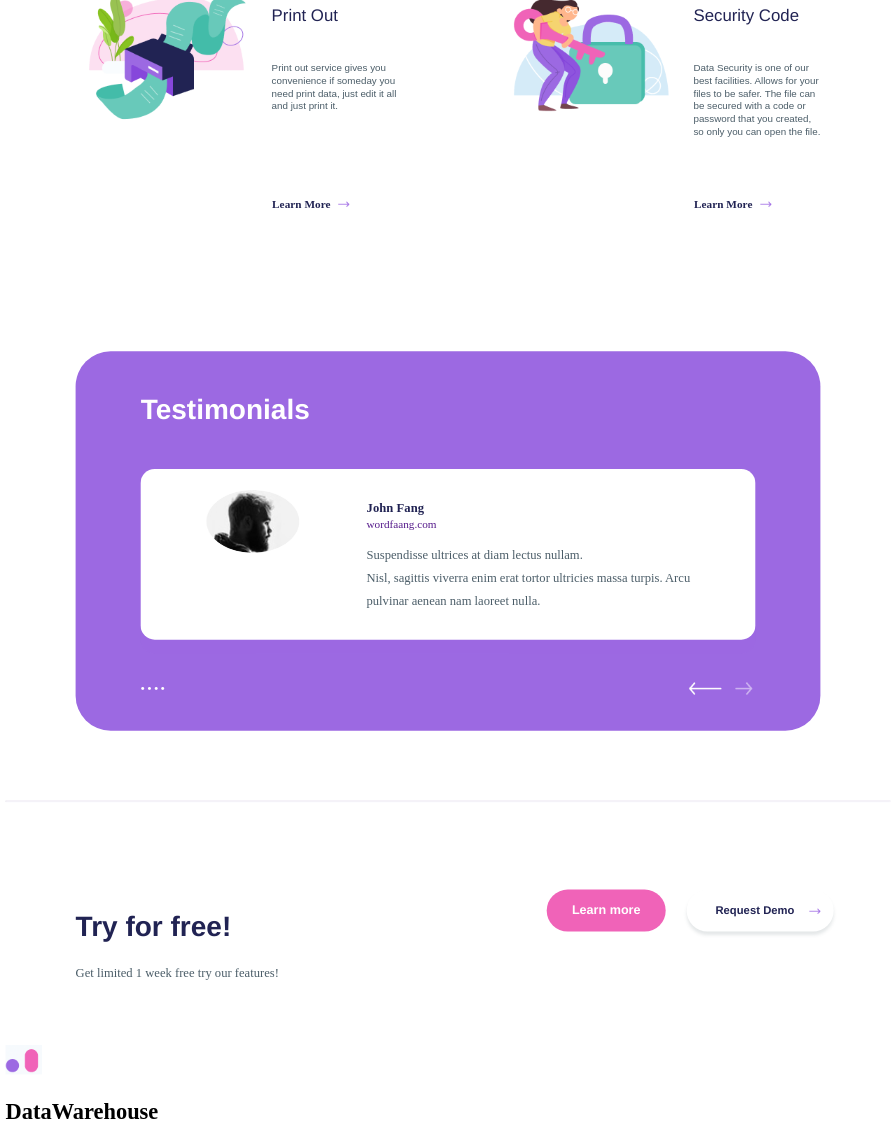
Repository: batonAnton/HW6_flexbox
Page: index.html
An editor plug-in stored every save of this project. The page is shown before and after the next save, followed by the edit.
The browser window is 1280 px wide. The pictures show the part of the page from y = 1997 to 3917 px (the page is 3625 px tall before and 3917 px after), at 70% of full size.
Some web fonts or font styles are not loaded; a fallback is used.

Above is the page before, as saved 2022-06-19 15:54:32.

### index.html
<!DOCTYPE html>
<html lang="en">
<head>
    <meta charset="UTF-8">
    <meta http-equiv="X-UA-Compatible" content="IE=edge">
    <meta name="viewport" content="width=device-width, initial-scale=1.0">
    <link href="http://fonts.cdnfonts.com/css/helvetica-neue-9" rel="stylesheet">
    <link rel="stylesheet" href="./fonts/Helvetica-Bold.ttf">
    <link rel="stylesheet" href="./fonts/AvenirLTStd-Black.otf">
    <link rel="stylesheet" href="./css/style.css">
    <title>FlexBox</title>
</head>
<body>
    <header>
        <div class="logo">
            <img src="./images/logo.png" alt="logo">
        </div>

        <nav>
            <ul>
                <li>
                    <a href="#">about</a>
                </li>
                <li>
                    <a href="#">help</a>
                </li>
                <li>
                    <a href="#">features</a>
                </li>
                <li>
                    <a href="#">signup</a>
                </li>
            </ul>
        </nav>

        <div class="header-btn">
            <div>
                <button>request demo</button>
            </div>
            <div class="btn-img">
                <img src="./images/right-arrow.png" alt="arrow-right" >
            </div>
        </div>
    </header>

    <div class="section allstyles">
        <div class="info">
            <h1>Save your data <br> storage here.</h1>
            <p>Data Warehouse is a data storage area that <br>has been
                tested for security, so you can store <br> your data here
                safely but not be afraid of <br> being stolen by others.</p>
            <button>Learn more</button>
        </div>

        <div class="section-img">
            <img src="./images/headerImg.png" alt="">
        </div>
    </div>

    <div class="section2 allstyles">
        <div class="sectin2-img">
            <img src="./images/assideimg.png" alt="assideimg">
        </div>

        <div class="section2-info">
            <h1>We are a high-level data <br> storage bank</h1>
            <p>
                The place to store various data that you can access at any <br> time through the internet  and where you can carry it. <br>
                This very flexible storage area has a high level of security. <br> To enter into your own data you must enter the password <br> that you created when you registered in this Data <br> Warehouse.
            </p>
        </div>
    </div>

    <div class="section3 allstyles">
        <h1 class="section3-header"> Features</h1>
        <p class="section3-header">Some of the features and advantages that we provide for those of you <br> who store data in this Data Warehouse.</p>

        <div class="row1">
            <div class="block">
                <img src="./images/section3/image1 1.png" alt="img">
                <div class="info">
                    <h1>Search Data</h1>
                <p>
                    Don’t worry if your data is very <br> large, the Data Warehoue <br> provides a search engine, <br> which is useful for making it <br> easier to find data effectively <br> saving time.
                </p>

                <div class="header-btn section3-btn">
                    <div>
                        <button>Learn more</button>
                    </div>
                    <div class="btn-img">
                        <img src="./images/right-arrow.png" alt="arrow-right" >
                    </div>
                </div>
                </div>

            </div>


            <div class="block">
                <img src="./images/section3/image2.png" alt="img">
                <div class="info">
                    <h1>24 Hours Access</h1>
                <p>
                    Access is given 24 hours a full <br> morning to night and
                    meet <br> again in the morning, giving <br> you comfort when
                    you need <br> data when urgent.
                </p>

                <div class="header-btn section3-btn">
                    <div>
                        <button>Learn more</button>
                    </div>
                    <div class="btn-img">
                        <img src="./images/right-arrow.png" alt="arrow-right" >
                    </div>
                </div>
                </div>

            </div>
        </div>

        <!-- row2 start -->

        <div class="row1 row2">
            <div class="block">
                <img src="./images/section3/image3 1.png" alt="img">
                <div class="info">
                    <h1>Print Out</h1>
                <p>
                    Print out service gives you <br> convenience if someday
                    you <br> need print data, just edit it all <br> and just print it.
                </p>

                <div class="header-btn section3-btn">
                    <div>
                        <button>Learn more</button>
                    </div>
                    <div class="btn-img">
                        <img src="./images/right-arrow.png" alt="arrow-right" >
                    </div>
                </div>
                </div>

            </div>


            <div class="block">
                <img src="./images/section3/image4 1.png" alt="img">
                <div class="info">
                    <h1>Security Code</h1>
                <p>
                    Data Security is one of our <br> best facilities. Allows for your <br> files
                    to be safer. The file can <br> be secured with a code or <br>
                    password that
                    you created, <br> so only you can open the file.
                </p>

                <div class="header-btn section3-btn">
                    <div>
                        <button>Learn more</button>
                    </div>
                    <div class="btn-img">
                        <img src="./images/right-arrow.png" alt="arrow-right" >
                    </div>
                </div>
                </div>

            </div>
        </div>
    </div>

    <div class="section4 allstyles">
        <h1>Testimonials</h1>

        <div class="block">
            <img class="rounded" src="./images/section3/Ellipse 76.jpg" alt="img">
            <div class="info">
                <h1>John Fang </h1>
                <a href="">wordfaang.com</a>
                <p>
                    Suspendisse ultrices at diam lectus nullam. <br>
                    Nisl, sagittis viverra enim erat tortor ultricies massa turpis. Arcu <br> pulvinar aenean nam laoreet nulla.
                </p>
            </div>
        </div>
        <h4>&#x2022 &#x2022 &#x2022 &#x2022</h4>
        <p class="right"> <img src="./images/section3/arrows.png" alt="arrows"> </p>
    </div>
    <hr>


    <div class="forfree allstyles">
        <div class="free-info">
            <h1>Try for free!</h1>
            <p>Get limited 1 week free try our features!</p>
        </div>

        <div class="btn-block">
            <button>Learn more</button>
            <div class="header-btn">
                <div>
                    <button>request demo</button>
                </div>
                <div class="btn-img">
                    <img src="./images/right-arrow.png" alt="arrow-right" >
                </div>
            </div>
        </div>
    </div>

    <footer>
        <div class="allblock">
            <div class="adress">
                <img src="./images/logo.png" alt="logo">
                <h1>DataWarehouse</h1>
            </div>
        </div>
    </footer>
</body>
</html>

### css/style.css
body {
  box-sizing: border-box;
  font-family: "Avenir";
}

.allstyles{
    margin: 70px 100px;
}

header {
  display: flex;
  margin: 30px 100px;
  justify-content: space-between;
  /* border: 1px solid gray; */
 font-family: Arial, Helvetica, sans-serif;
  font-size: 16px;
}


nav {
  margin-right: 40%;
}

nav ul {
  display: flex;
  list-style: none;
  color: #4b5d68;
}

nav ul li a {
  text-decoration: none;
  padding-left: 20px;
  text-transform: capitalize;
}

.header-btn {
  display: flex;
  justify-content: center;
}


.header-btn button {
  padding: 15px 30px 15px 15px;
  text-transform: capitalize;
  border: none;
  border-radius: 50px;
  background: #ffffff;
  box-shadow: 0px 5px 5px rgb(75 93 104 / 15%);
  width: 210px;
  color: #212353;
  font-size: 16px;
  font-weight: 800;
  line-height: 100%;
  letter-spacing: 0.005em;
}

.btn-img {
  margin-left: -35px;
  padding-left: -15px;
  align-self: center;
}

button img {
  padding-top: 5px;
  margin-left: 5px;
}

button:hover {
  border: 1px solid rgba(156, 105, 226, 1);
  text-decoration: underline;
}

.section {
  display: flex;
  position: relative;
  height: 600px;
  overflow: hidden;
}


.info {
  width: 50%;
}

.section h1 {
  font-style: normal;
  font-weight: 700;
  font-size: 4rem;
  line-height: 110%;
  font-family: "Helvetica Neue", sans-serif;
  color:#212353;
  font-weight: 700;
}



.section p {
  font-family: 'Avenir', Helvetica, sans-serif;
  font-style: normal;
  font-weight: 500;
  font-size: 16px;
  line-height: 28px;
  margin-top: 50px;
  margin-bottom: 50px;
}

.section-img {
  position: absolute;
  bottom: 1%;
  right: -13%;
}
.section-img img {
  width: 84%;
}

.info button{
    font-family: 'Avenir', Helvetica, sans-serif;
    font-style: normal;
    font-weight: 700;
    font-size: 18px;
    line-height: 160%;
    background-color: #9C69E2;
    border-radius: 50px;
    color: #ffffff;
    width: 170px;
    height: 60px;
    border: none;
    cursor: pointer;
}


.section2{
    display: flex;
    justify-content: space-between;
    background: rgba(240, 99, 184, 0.15);
    border-radius: 50px;
    font-family: 'Avenir', Helvetica, sans-serif;
}

.section2 h1{
    font-style: normal;
    font-weight: 700;
    font-size: 40px;
    line-height: 130%;
    color: #212353;
}

.section2 p{
    font-family: 'Avenir', Helvetica, sans-serif;
font-style: normal;
font-weight: 400;
font-size: 16px;
line-height: 160%;
}

.section2-info{
    padding:55px;
}


.section3-header{
    text-align: center;
    margin: -30px 0 75px 0;
}

.row1{
    display: flex;
    justify-content: space-between;
}

.row1 .block img{
    float: left;
}

.section3 .info{
  float: right;
  width: auto;
  margin-left: 35px;
}

.section3 .info h1{
  font-family: 'Helvetica';
font-style: normal;
font-weight: 400;
font-size: 24px;
line-height: 130%;
color: #212353;
}

.section3 .info p{
  font-family: 'Avenir',  sans-serif;
font-style: normal;
font-weight: 200;
font-size: 14px;
line-height: 130%;
color: #4B5D68;
margin-top: 50px;
/* margin-bottom: 50px; */
height: 160px;
}

.section3 .section3-btn button{
  padding:0;
  color: #212353;
  box-shadow: none;
  background-color: #ffffff;
  font-family: 'Avenir';
  font-style: normal;
  font-weight: 900;
  font-size: 16px;
  line-height: 160%;
  letter-spacing: 0.005em;
  width:85px;
}

.section3 .header-btn{
  display: flex;
  justify-content: flex-start;
}

.section3 .btn-img{
  margin-left: 10px;
}

.row2{
  margin: 90px 0  180px 0;
}

.section4{
  /* height: 709px; */
  background-color: #9C69E2;
  border-radius: 50px;
  padding: 30px 93px;
}

.section4 h1{
  font-family: 'Helvetica';
  font-style: normal;
  font-weight: 700;
  font-size: 40px;
  line-height: 130%;
  color: #FFFFFF;
  margin-bottom: 60px;
}

.section4 .block{
  background-color: #FFFFFF;
  box-shadow: 0px 20px 0px rgba(156, 105, 226, 0.3);
  border-radius: 20px;
  padding: 30px 93px 120px 93px;
}

.section4 .info{
  float: right;
  width: auto;
}

.section4 .info h1{
font-family: 'Avenir';
font-style: normal;
font-weight: 900;
font-size: 18px;
line-height: 160%;
letter-spacing: 0.005em;
color: #212353;
margin-bottom: 0;
}

.section4 .info p{
  font-family: 'Avenir';
font-style: normal;
font-weight: 400;
font-size: 18px;
line-height: 180%;
color: #4B5D68;
}

.section4 .info a{
  text-decoration: none;
}

.rounded{
  border-radius:50%;
}

h4{
  color: #ffffff;
  margin-top: 60px ;
}

.right{
  margin-left: auto;
  margin-right: auto;
  float: right;
  margin-top: -44px;
}

hr{
  margin-top: 100px;
  margin-bottom: 45px;
  background: #9C69E2;
  opacity: 0.2;
}

.forfree{
  margin-top: 125px;
  display: flex;
  justify-content: space-between;
}

.forfree h1{
  font-family: 'Helvetica';
font-style: normal;
font-weight: 700;
font-size: 40px;
line-height: 130%;
display: flex;
align-items: center;
color: #212353;
}

.forfree p{
  font-family: 'Avenir';
font-style: normal;
font-weight: 500;
font-size: 18px;
line-height: 160%;
color: #4B5D68;
}

.forfree button{
  font-family: 'Avenir', Helvetica, sans-serif;
    font-style: normal;
    font-weight: 700;
    font-size: 18px;
    line-height: 160%;
    background-color: #F063B8;
    border-radius: 50px;
    color: #ffffff;
    width: 170px;
    height: 60px;
    border: none;
    cursor: pointer;
    margin-left: 30px;
}

.forfree .header-btn button {
  padding: 15px 30px 15px 15px;
  text-transform: capitalize;
  border: none;
  border-radius: 50px;
  background: #ffffff;
  box-shadow: 0px 5px 5px rgb(75 93 104 / 15%);
  width: 210px;
  color: #212353;
  font-size: 16px;
  font-weight: 800;
  line-height: 100%;
  letter-spacing: 0.005em;
}

.forfree .btn-img{
  margin-top: -85px;
}

.btn-block{
  display: flex;
}

After the next save:
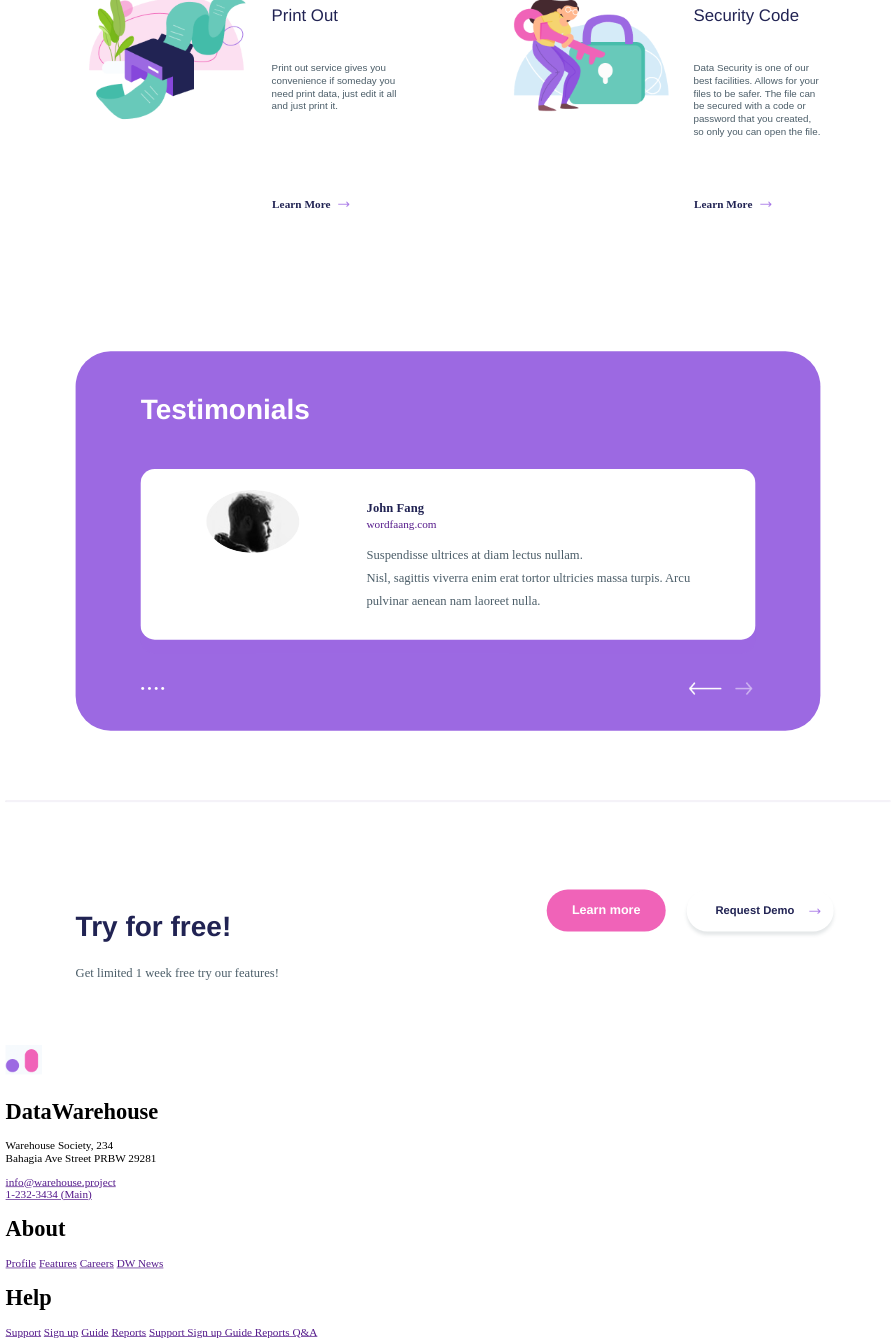
Saved 3 min 11 s later.
--- a/index.html
+++ b/index.html
@@ -214,6 +214,34 @@
             <div class="adress">
                 <img src="./images/logo.png" alt="logo">
                 <h1>DataWarehouse</h1>
+                <p> Warehouse Society, 234 <br>
+                    Bahagia Ave Street
+                    PRBW 29281
+                </p>
+
+                <a href="">info@warehouse.project</a> <br>
+                <a href="">1-232-3434 (Main)</a>
+            </div>
+
+            <div class="about">
+                <h1>About</h1>
+                <a href="">Profile</a>
+                <a href=""> Features</a>
+                <a href=""> Careers</a>
+                <a href="">DW News</a>
+            </div>
+
+            <div class="help">
+                <h1>Help</h1>
+                <a href="">Support</a>
+                <a href="">Sign up</a>
+                <a href="">Guide</a>
+                <a href="">Reports</a>
+                <a href="">Support
+                    Sign up
+                    Guide
+                    Reports
+                    Q&A</a>
             </div>
         </div>
     </footer>
